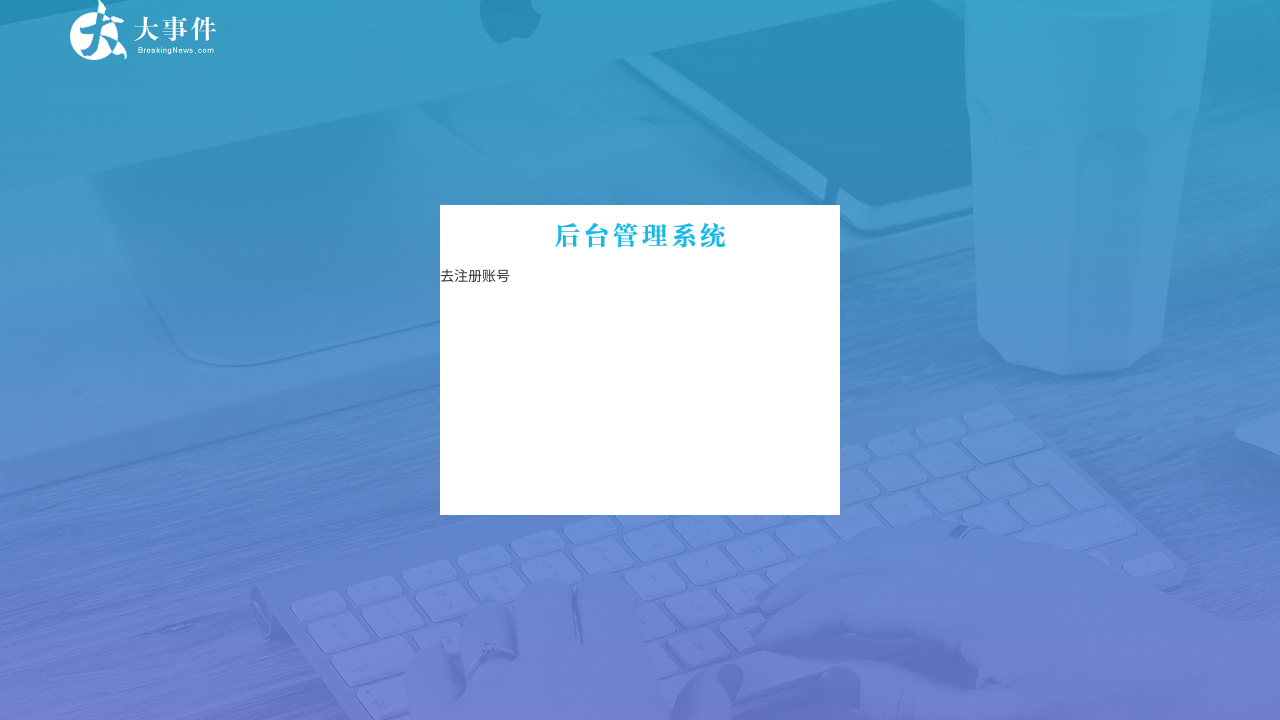
Repository: keyboying1/web_bigevent
Page: login.html
The author's editor kept a copy of each file at every save. The page is drawn from the files as they stood at one save, then again after the next save.
The browser window is 1280 px wide. The pictures show the whole page.

Above is the page before, as saved 2022-11-18 15:16:08.

After the next save:
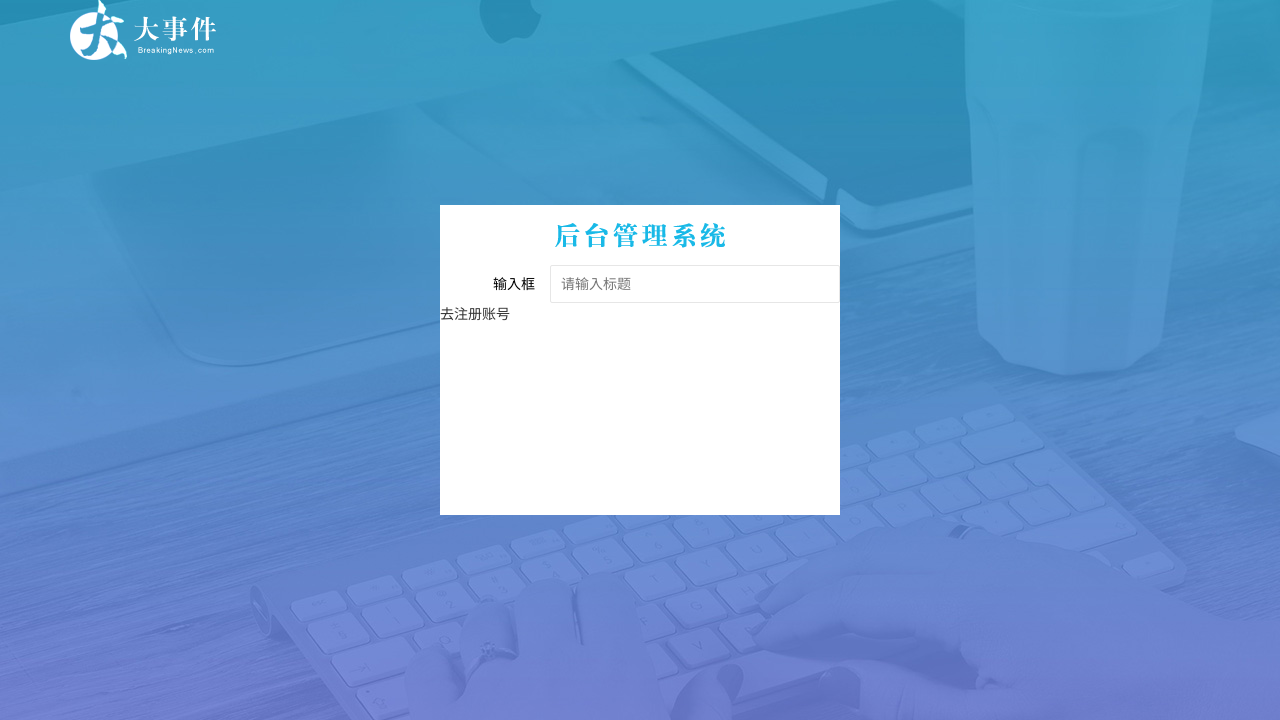
Saved 11 min 3 s later.
--- a/login.html
+++ b/login.html
@@ -20,6 +20,15 @@
         <div class="title-box" ></div>
         <!-- 登录div -->
         <div class="login-box">
+            <!-- 登陆的表单  -->
+            <form class="layui-form" action="">
+                <div class="layui-form-item">
+                  <label class="layui-form-label">输入框</label>
+                  <div class="layui-input-block">
+                    <input type="text" name="title" required  lay-verify="required" placeholder="请输入标题" autocomplete="off" class="layui-input">
+                  </div>
+            </form>
+
             <a href="javascript:;" id="link_reg">去注册账号</a>
         </div>
         <!-- 注册div -->
